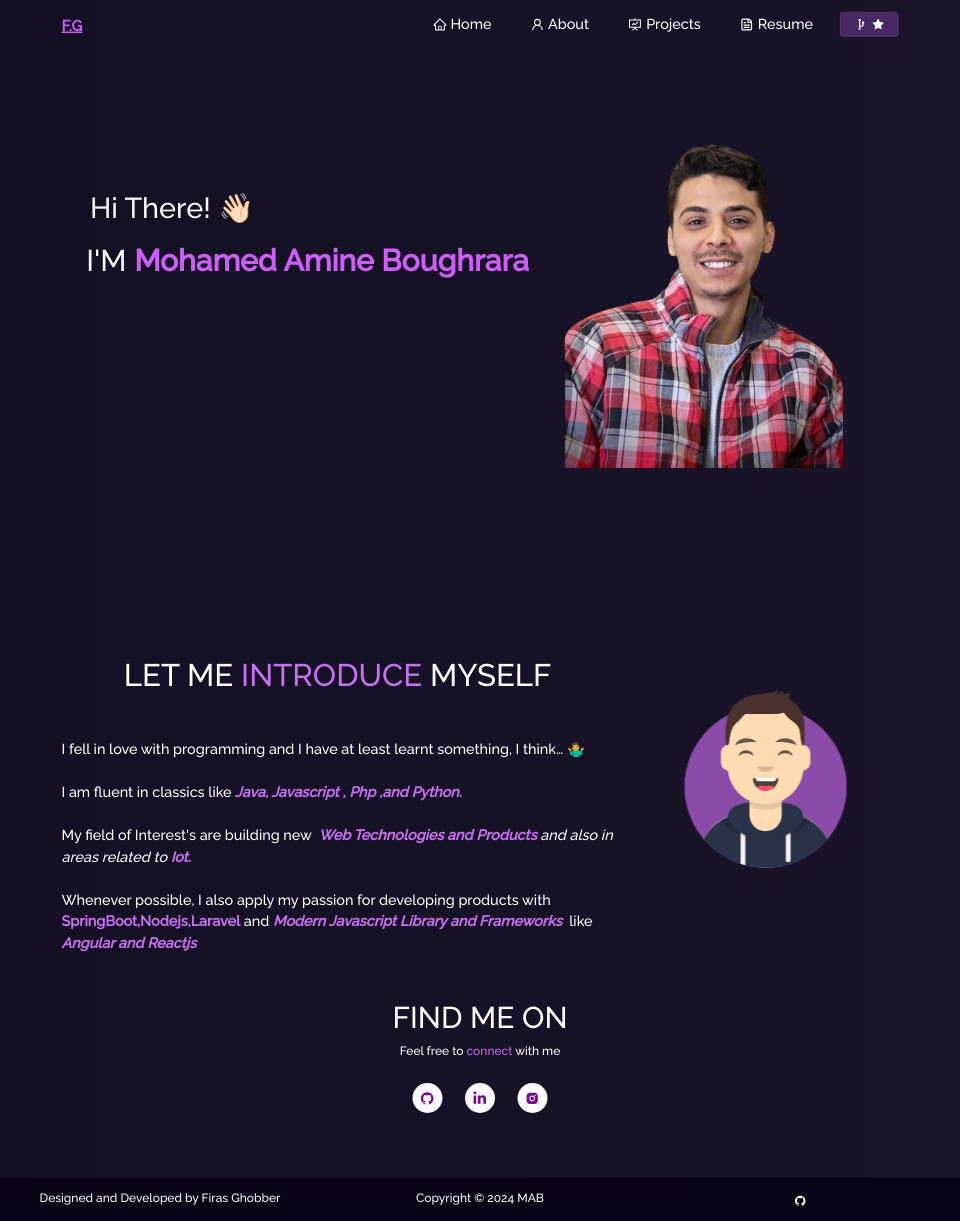
Repository: firas192/portfolio
Page: /
The author's editor kept a copy of each file at every save. The page is drawn from the files as they stood at one save, then again after the next save.
The browser window is 1280 px wide. The pictures show the whole page, at 75% of full size.
The project was rebuilt for these pictures with package versions that can differ from the ones it lists, and the page was loaded fresh each time. Also part of the build but not shown: src/components/About/Github.js, src/components/About/Techstack.js, src/components/About/AboutCard.js, src/components/About/Toolstack.js, src/components/About/About.js, src/components/Projects/ProjectCards.js, src/components/Projects/Projects.js, src/components/Resume/ResumeNew.js. Imported but missing from the stored project, and not drawn on this page: src/Assets/MohamedAMINEBOughraraE.pdf.

Above is the page before, as saved 2024-04-02 00:01:35.

After the next save:
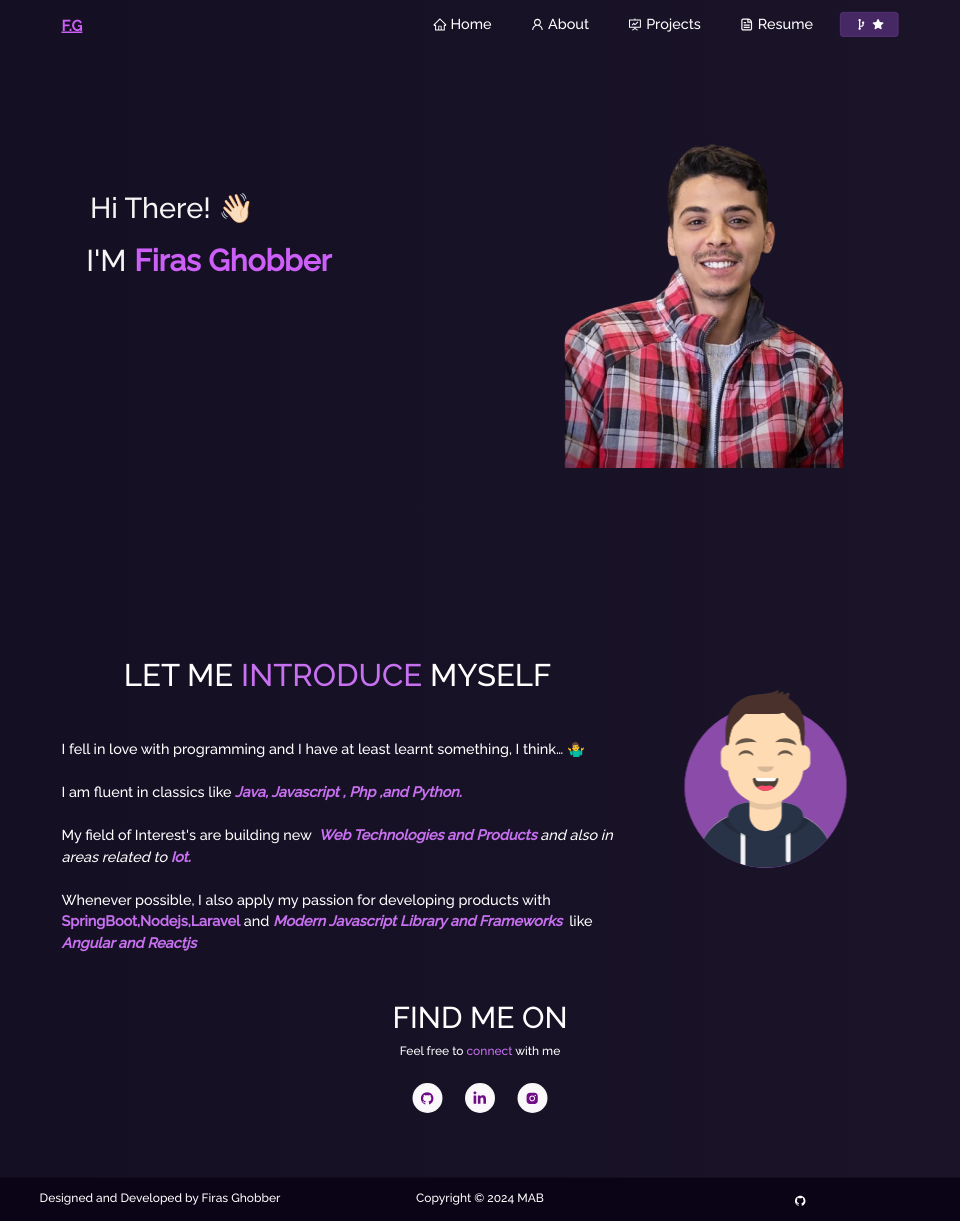
Saved 34 days later.
--- a/src/components/Home/Home.js
+++ b/src/components/Home/Home.js
@@ -22,7 +22,7 @@ function Home() {
 
               <h1 className="heading-name">
                 I'M
-                <strong className="main-name"> Mohamed Amine Boughrara</strong>
+                <strong className="main-name"> Firas Ghobber</strong>
               </h1>
 
               <div style={{ padding: 50, textAlign: "left" }}>
